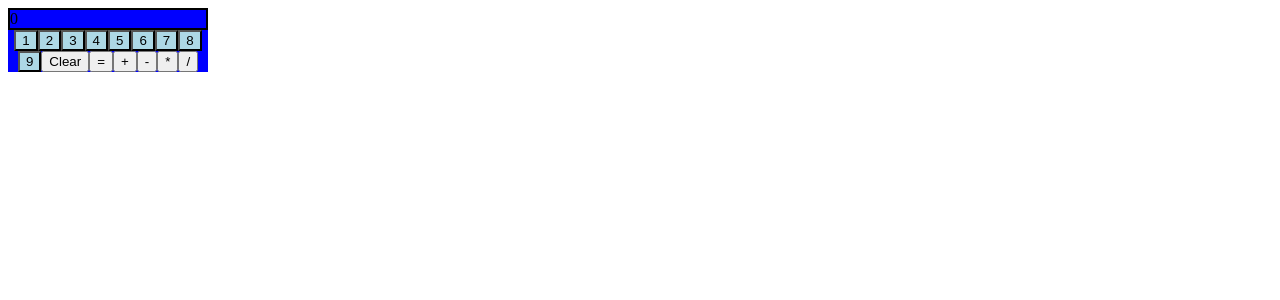
Repository: weazzyefff/Calculator-App
Page: index.html
These files come from the project's save history. The page is drawn as it stood at one moment and after the next save; the edit follows.
The browser window is 1280 px wide. The pictures show the whole page.

Above is the page before, as saved 2022-12-16 21:58:22.

### index.html
<!DOCTYPE html>
<html>
<head>
	<meta charset="utf-8">
	<meta name="viewport" content="width=device-width, initial-scale=1">
	<title>Calculator App</title>
    <link rel="stylesheet" href="style.css">
    <script src="script.js" defer></script>
</head>
<body>
    <div class="container">
        <div class="display">0</div>
        <button type ="input" class="numbtn" id="1">1</button>
        <button type ="input" class="numbtn" id="2">2</button>
        <button type ="input" class="numbtn" id="3">3</button>
        <button type ="input" class="numbtn" id="4">4</button>
        <button type ="input" class="numbtn" id="5">5</button>
        <button type ="input" class="numbtn" id="6">6</button>
        <button type ="input" class="numbtn" id="7">7</button>
        <button type ="input" class="numbtn" id="8">8</button>
        <button type ="input" class="numbtn" id="9">9</button>
        <button type ="input" id="clear">Clear</button>
        <button type ="input" id="=">=</button>
        <button type ="input" id="+">+</button>
        <button type = "input" id="-">-</button>
        <button type = "input" id="*">*</button>
        <button type = "input" id="/">/</button>
    </div>


</body>
</html>

### style.css
.container {
    width: 200px;
    display: flex;
    flex-wrap: wrap;
    align-items: center;
    justify-content: center;
    background-color: blue;
}
.display {
    border: 2px solid black;
    width: 200px;
}
.numbtn {
    background-color: lightblue;
}

### script.js
//Global variables
displayValue = 0;

// Main functions
const add = (...args) => args.reduce((a, b) => a + b);

const subtract = (...args) => args.reduce((a, b) => a - b);

const multiply = (...args) => args.reduce((a, b) => a * b);

const divide = (...args) => args.reduce((a, b) => a / b);

const operate = (operator, a, b) => {
    switch (operator) {

        case '+':
            return add(a,b);

        case '-':
            return subtract(a,b);

        case '*':
            return multiply(a,b);

        case '/':
            return divide(a,b);

        default: console.log('Please enter a valid operator');
    }
}


const one = document.getElementById("1");
one.addEventListener("click", (e) => {
    document.querySelector(".display").innerHTML = 1;
    displayValue = 1;
});
const two = document.getElementById("2");
two.addEventListener("click", (e) => {
    document.querySelector(".display").innerHTML = 2;
    displayValue = 2;
});
const three = document.getElementById("3");
three.addEventListener("click", (e) => {
    document.querySelector(".display").innerHTML = 3;
    displayValue = 3;
});
const four = document.getElementById("4");
four.addEventListener("click", (e) => {
    document.querySelector(".display").innerHTML = 4;
    displayValue = 4;
});
const five = document.getElementById("5");
five.addEventListener("click", (e) => {
    document.querySelector(".display").innerHTML = 5;
    displayValue = 5;
});
const six = document.getElementById("6");
six.addEventListener("click", (e) => {
    document.querySelector(".display").innerHTML = 6;
    displayValue = 6;
});
const seven = document.getElementById("7");
seven.addEventListener("click", (e) => {
    document.querySelector(".display").innerHTML = 7;
    displayValue = 7;
});
const eight = document.getElementById("8");
eight.addEventListener("click", (e) => {
    document.querySelector(".display").innerHTML = 8;
    displayValue = 8;
});
const nine = document.getElementById("9");
nine.addEventListener("click", (e) => {
    document.querySelector(".display").innerHTML = 9;
    displayValue = 9;
});
const clear = document.getElementById("clear");
clear.addEventListener("click", (e) => {
    document.querySelector(".display").innerHTML = "0";
    displayValue = 0;
});
const addSign = document.getElementById("+");
addSign.addEventListener("click", (e) => {
  add();
});
const subtractSign = document.getElementById("-");
subtractSign.addEventListener("click", (e) => {
  subtract();
});
const multiplySign = document.getElementById("*");
addSign.addEventListener("click", (e) => {
  multiply();
});
const divideSign = document.getElementById("/");
addSign.addEventListener("click", (e) => {
  divide();
});
const equals = document.getElementById("=");
equals.addEventListener("click", (e) => {
  operate();
});


//console.log(operate('+',10, 5)); <<working

After the next save:
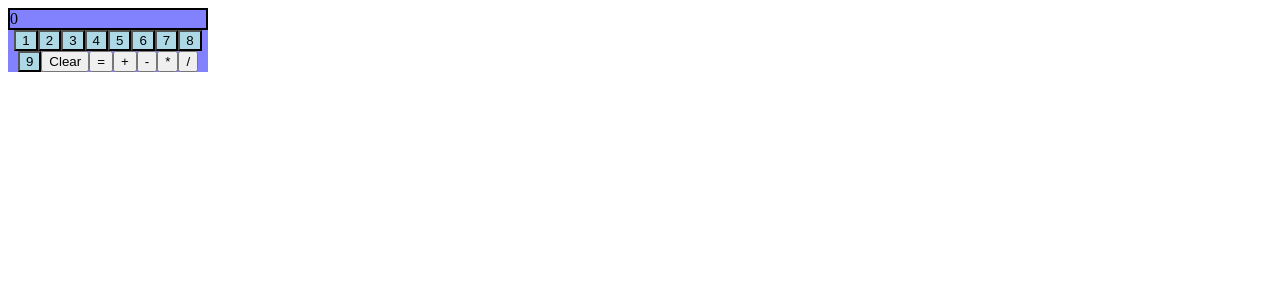
Saved 14 s later.
--- a/style.css
+++ b/style.css
@@ -4,7 +4,7 @@
     flex-wrap: wrap;
     align-items: center;
     justify-content: center;
-    background-color: blue;
+    background-color: rgb(130, 130, 255);
 }
 .display {
     border: 2px solid black;
